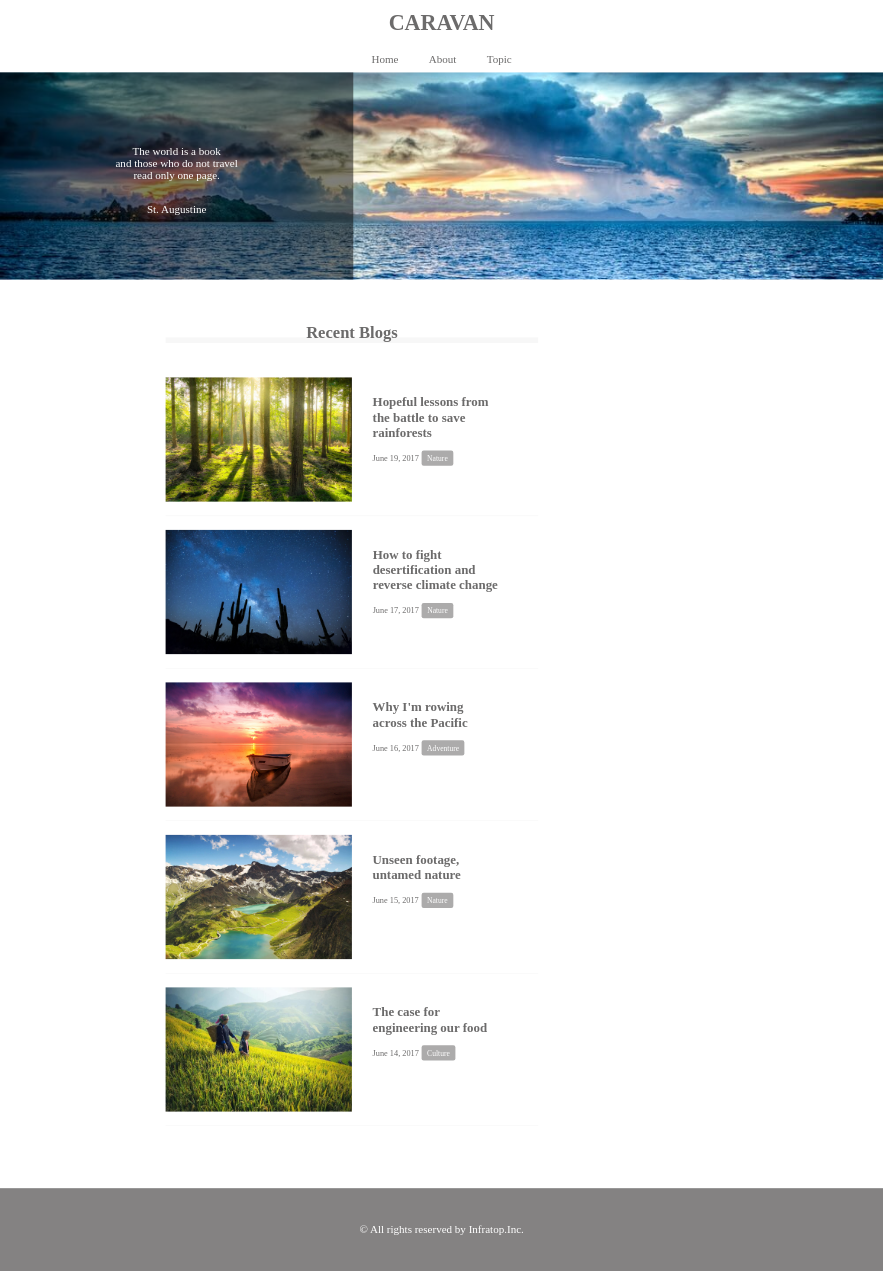
Repository: sawaweb/caravan
Page: caravan/index.html
The author's editor kept a record of every edit. The page is drawn from the files as they stood at one moment, then again after the next edit.
The browser window is 1280 px wide. The pictures show the whole page, at 69% of full size.

Above is the page before.

After the next edit:
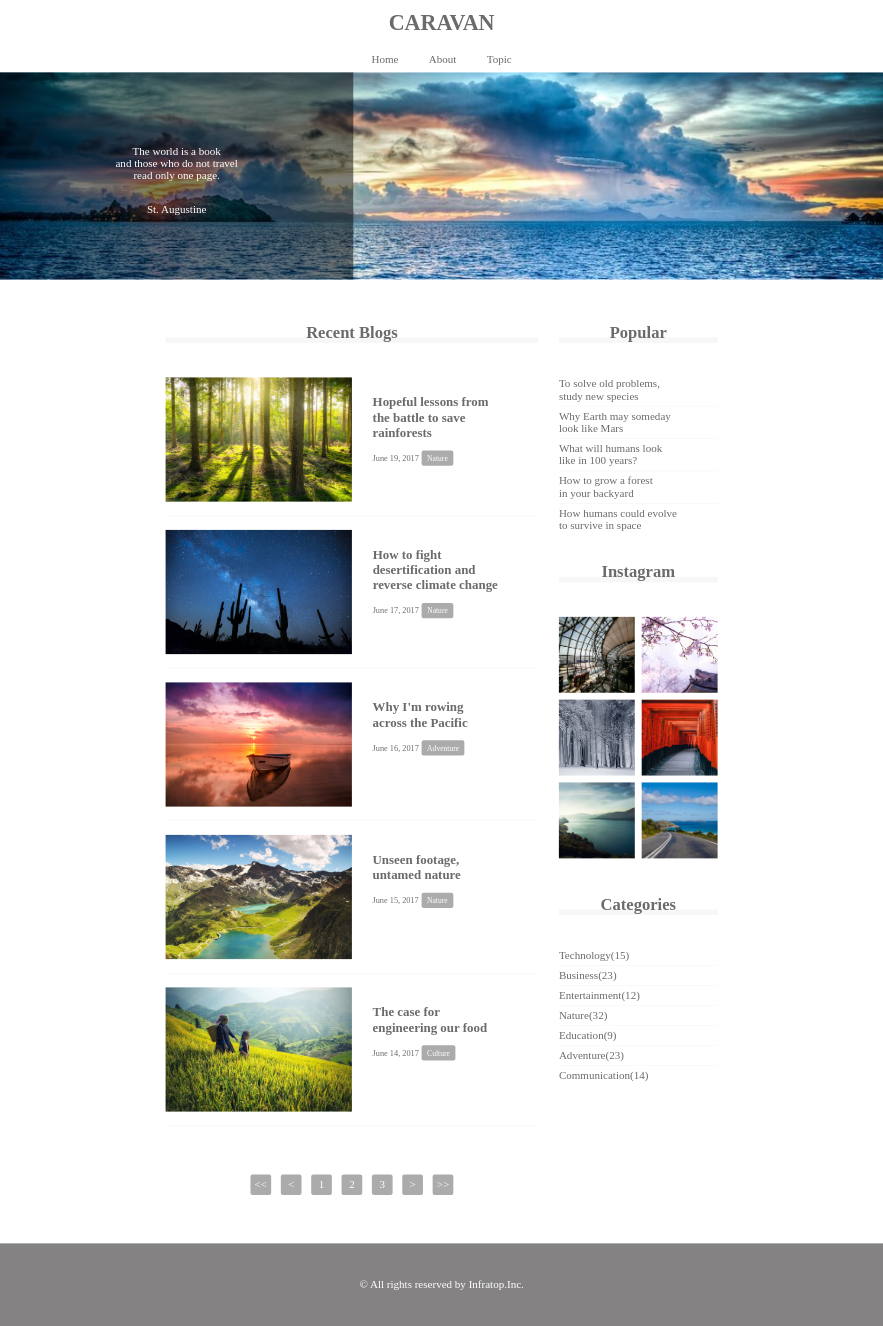
The edit:
--- a/caravan/index.html
+++ b/caravan/index.html
@@ -7,6 +7,7 @@
   </head>
 
   <body>
+    <!-- header -->
     <header>
       <h1 class="heading">
         <a href="index.html">
@@ -15,6 +16,7 @@
       </h1>
     </header>
 
+    <!-- navigation -->
     <nav>
       <ul class="nav-list">
         <li class="nav-list-item">
@@ -25,11 +27,12 @@
       </ul>
     </nav>
 
+    <!-- main-visual用のdiv -->
     <div class="main-visual">
       <div class="main-visual-content">
         <p class="main-visual-text">
-          The world is a book<br>
-          and those who do not travel<br>
+          The world is a book<br />
+          and those who do not travel<br />
           read only one page.
         </p>
         <p class="main-visual-name">
@@ -38,6 +41,7 @@
       </div>
     </div>
 
+    <!-- main用のdiv -->
     <main>
       <section class="blog">
         <h2 class="blog-heading">Recent Blogs</h2>
@@ -47,8 +51,8 @@
             <section class="blog-text">
               <h3 class="blog-text-heading">
                 <a href="single.html">
-                  Hopeful lessons from<br>
-                  the battle to save<br>
+                  Hopeful lessons from<br />
+                  the battle to save<br />
                   rainforests
                 </a>
               </h3>
@@ -61,8 +65,8 @@
             <section class="blog-text">
               <h3 class="blog-text-heading">
                 <a href="single.html">
-                  How to fight<br>
-                  desertification and<br>
+                  How to fight<br />
+                  desertification and<br />
                   reverse climate change
                 </a>
               </h3>
@@ -75,7 +79,7 @@
             <section class="blog-text">
               <h3 class="blog-text-heading">
                 <a href="single.html">
-                  Why I'm rowing<br>
+                  Why I'm rowing<br />
                   across the Pacific
                 </a>
               </h3>
@@ -88,7 +92,7 @@
             <section class="blog-text">
               <h3 class="blog-text-heading">
                 <a href="single.html">
-                  Unseen footage,<br>
+                  Unseen footage,<br />
                   untamed nature
                 </a>
               </h3>
@@ -101,7 +105,7 @@
             <section class="blog-text">
               <h3 class="blog-text-heading">
                 <a href="single.html">
-                  The case for<br>
+                  The case for<br />
                   engineering our food
                 </a>
               </h3>
@@ -110,8 +114,61 @@
             </section>
           </div>
         </div>
+        <div class="pagination">
+          <p><<</p>
+          <p><</p>
+          <p>1</p>
+          <p>2</p>
+          <p>3</p>
+          <p>></p>
+          <p>>></p>
+        </div>
       </section>
-      <div class="sidebar"></div>
+      <div class="sidebar">
+        <section class="popular">
+          <h2 class="popular-heading common-heading">Popular</h2>
+          <div class="sidebar-contents">
+            <p class="popular-text">
+              To solve old problems,<br />study new species
+            </p>
+            <p class="popular-text">
+              Why Earth may someday<br />look like Mars
+            </p>
+            <p class="popular-text">
+              What will humans look<br />like in 100 years?
+            </p>
+            <p class="popular-text">
+              How to grow a forest<br />in your backyard
+            </p>
+            <p class="popular-text">
+              How humans could evolve<br />to survive in space
+            </p>
+          </div>
+        </section>
+        <section class="instagram">
+          <h2 class="instagram-heading common-heading">Instagram</h2>
+          <div class="sidebar-contents">
+            <div class="instagram-box"></div>
+            <div class="instagram-box"></div>
+            <div class="instagram-box"></div>
+            <div class="instagram-box"></div>
+            <div class="instagram-box"></div>
+            <div class="instagram-box"></div>
+          </div>
+        </section>
+        <section class="categories">
+          <h2 class="categories-heading common-heading">Categories</h2>
+          <div class="sidebar-contents">
+            <p class="categories-text">Technology(15)</p>
+            <p class="categories-text">Business(23)</p>
+            <p class="categories-text">Entertainment(12)</p>
+            <p class="categories-text">Nature(32)</p>
+            <p class="categories-text">Education(9)</p>
+            <p class="categories-text">Adventure(23)</p>
+            <p class="categories-text">Communication(14)</p>
+          </div>
+        </section>
+      </div>
     </main>
 
     <!-- footer -->
